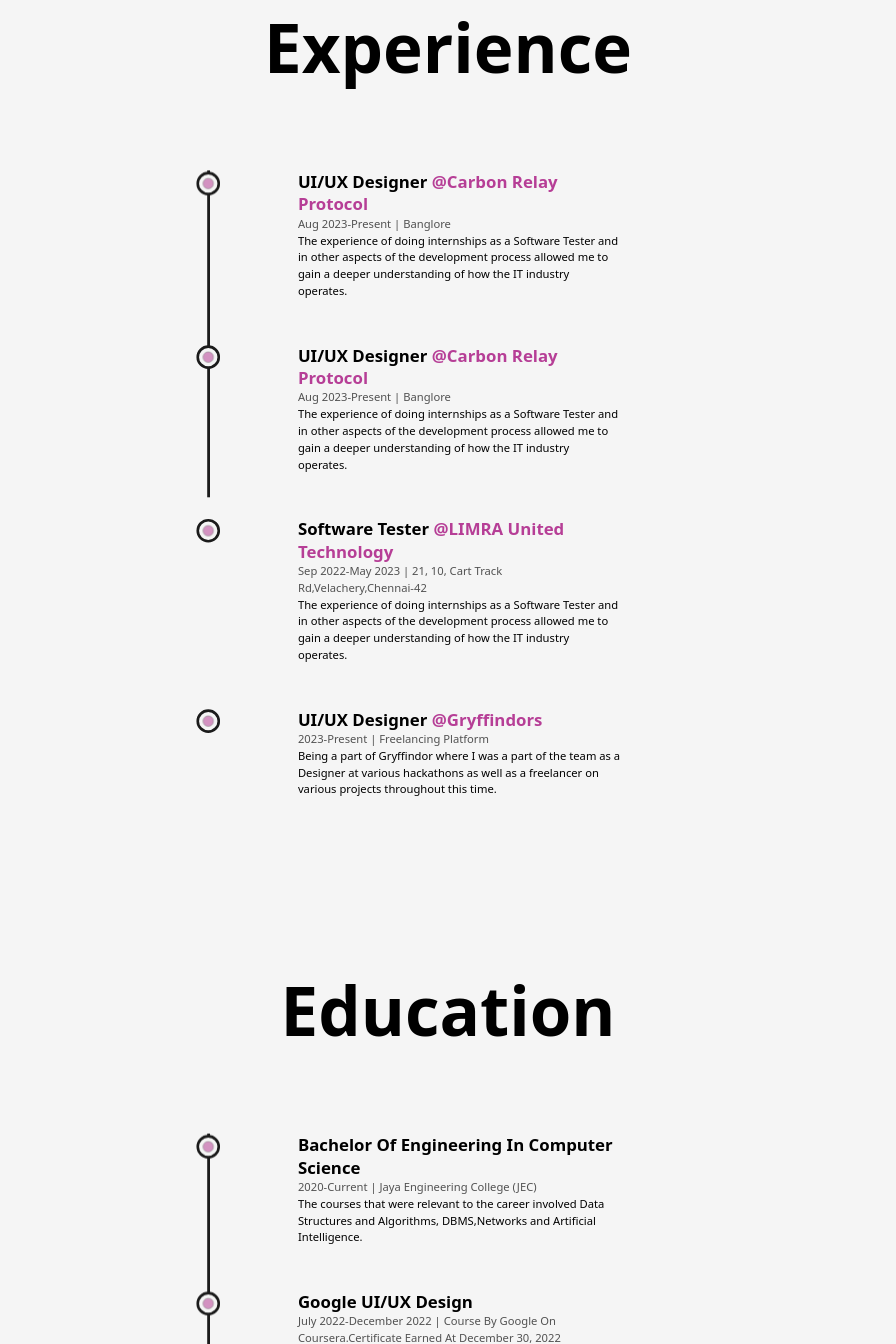
Repository: SMaheshwaran/PP
Page: /about
An editor plug-in stored every save of this project. The page is shown before and after a run of saves, followed by the edit.
The browser window is 1280 px wide. The pictures show the part of the page from y = 2199 to 4119 px (the page is 5588 px tall before and 5556 px after), at 70% of full size.
The project was rebuilt for these pictures with package versions that can differ from the ones it lists, and the page was loaded fresh each time. The framework's server and built-in components were replaced by stand-ins that run in the browser. Also part of the build but not shown: next.config.js.

Above is the page before, as saved 2023-11-01 14:12:56.

After the next 2 saves:
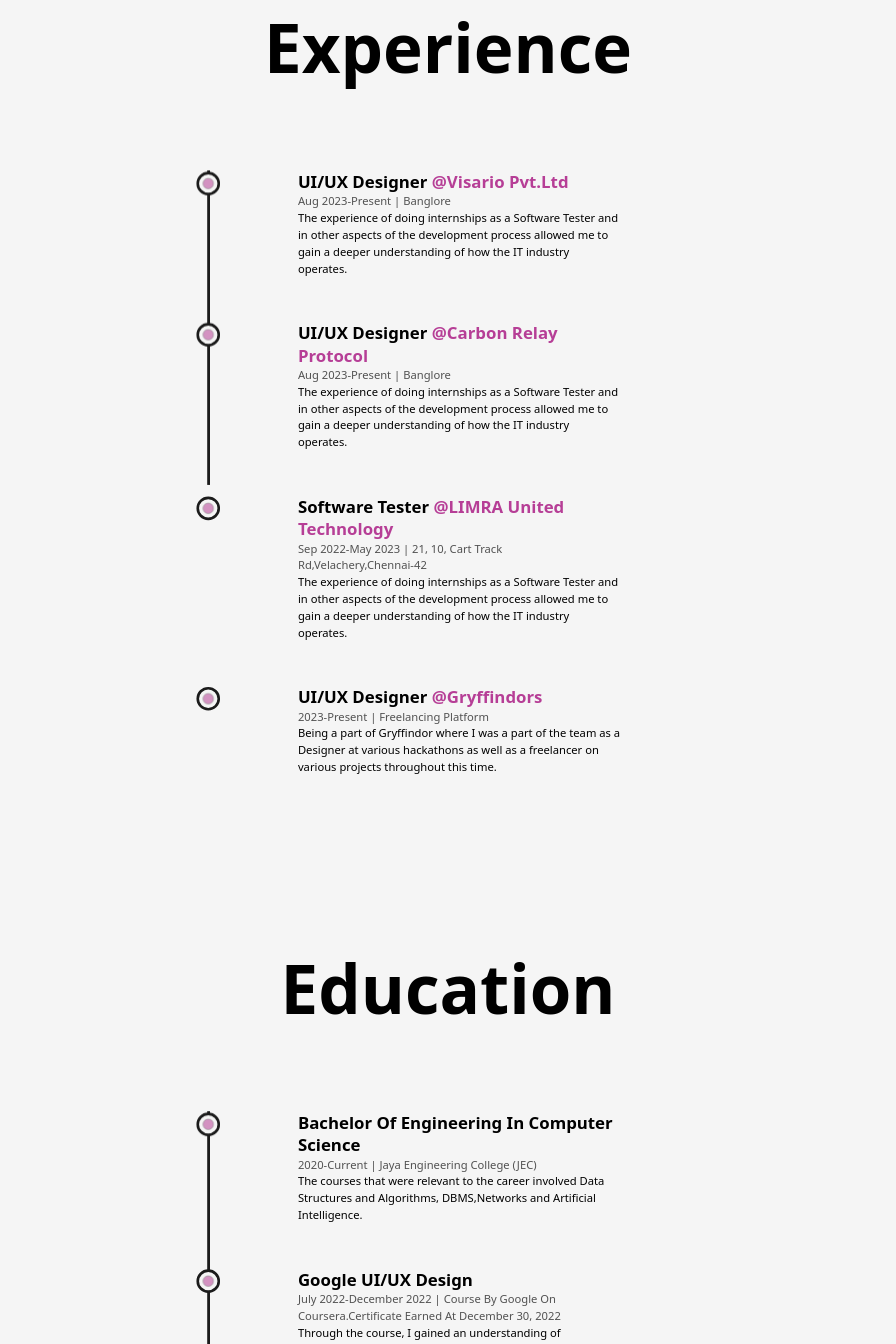
The 2 saves are shown as one change because they came seconds apart.
The last was saved 11 s later.
--- a/src/components/Experience.js
+++ b/src/components/Experience.js
@@ -58,7 +58,7 @@ md:w-[2px] md:left-[35px] xs:left-[33px]
         <ul className="flex flex-col items-start justify-between w-full ml-4 xs:ml-5">
         <Details
             position="UI/UX Designer"
-            company="Carbon Relay Protocol"
+            company="Visario Pvt.Ltd"
             commpanyLink="https://www.linkedin.com/company/limraunited/mycompany/"
             time="Aug 2023-Present"
             address="Banglore"
